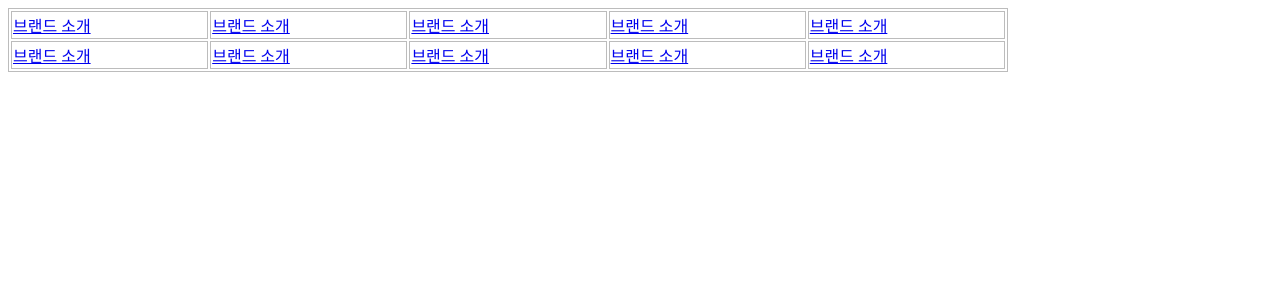
Repository: WDkimhyoeun/WebTeample
Page: http://localhost/Goncha/test.jsp
An editor plug-in stored every save of this project. The page is shown before and after the next save, followed by the edit.
The browser window is 1280 px wide. The pictures show the whole page.
The page is served by Tomcat 9.

Above is the page before, as saved 2020-08-09 15:08:04.

After the next save:
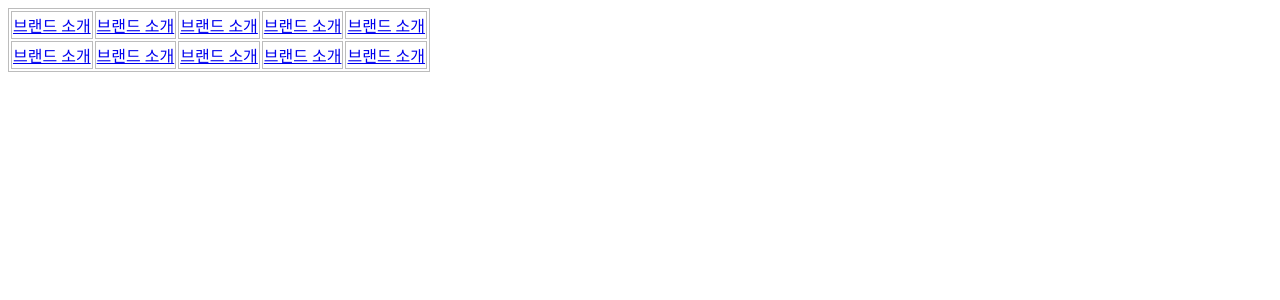
Saved 18 s later.
--- a/Goncha/WebContent/test.jsp
+++ b/Goncha/WebContent/test.jsp
@@ -10,9 +10,7 @@
   table, th, td {
     border: 1px solid #bcbcbc;
   }
-  table {
-    width: 1000px;
-  }
+
 </style>
 <body>
 <table>

After the 3 saves that followed:
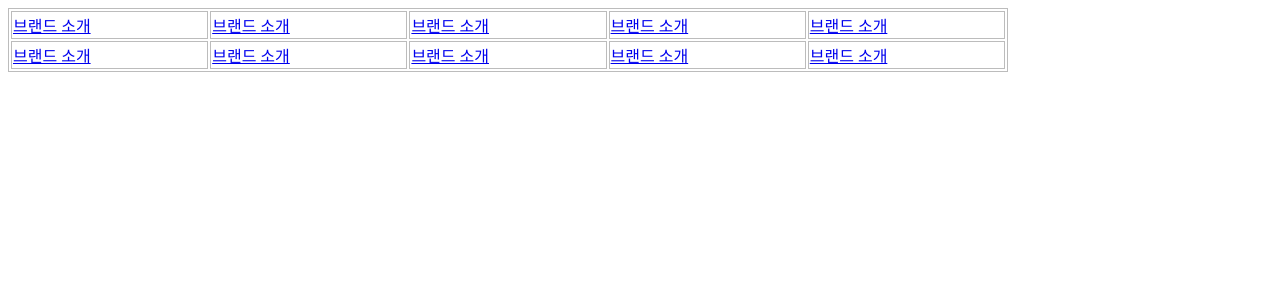
The 3 saves are shown as one change because 2 left the picture as it was.
The last was saved 83 s later.
--- a/Goncha/WebContent/test.jsp
+++ b/Goncha/WebContent/test.jsp
@@ -10,10 +10,13 @@
   table, th, td {
     border: 1px solid #bcbcbc;
   }
+  #table {
+    width: 1000px;
+  }
 
 </style>
 <body>
-<table>
+<table id = table>
 
 		<tr>
 			<td>
